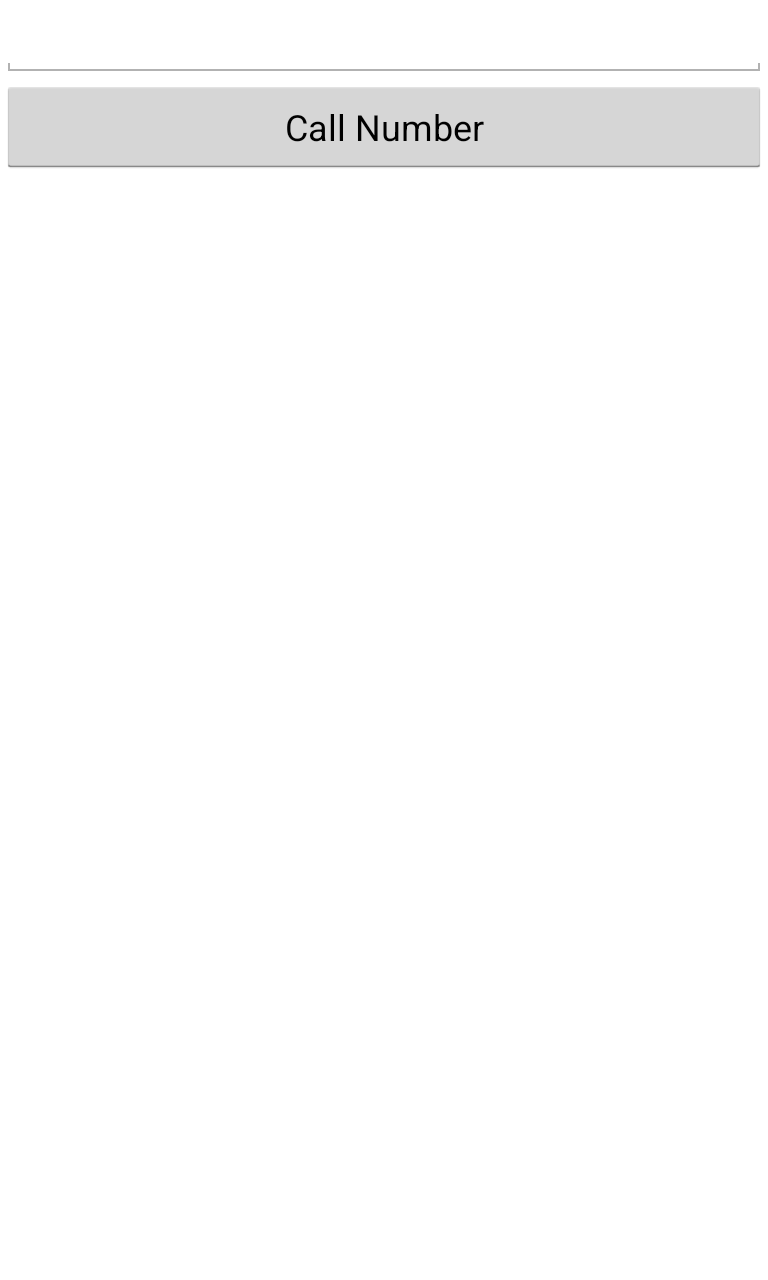
Repository: ya-ivanov/Android-Projects
Layout: Android Projects (OLD)/Simple Caller/SimpleCaller/res/layout/activity_main.xml
An editor plug-in stored every save of this project. The layout is shown before and after the next save, followed by the edit.
It is drawn on a 768 x 1280 px phone screen (xhdpi) without system bars, with theme AppTheme; the app's code is not run. Lists and similar views that code fills are empty.

Above is the layout before, as saved 2013-05-30 17:52:12.

After the next save:
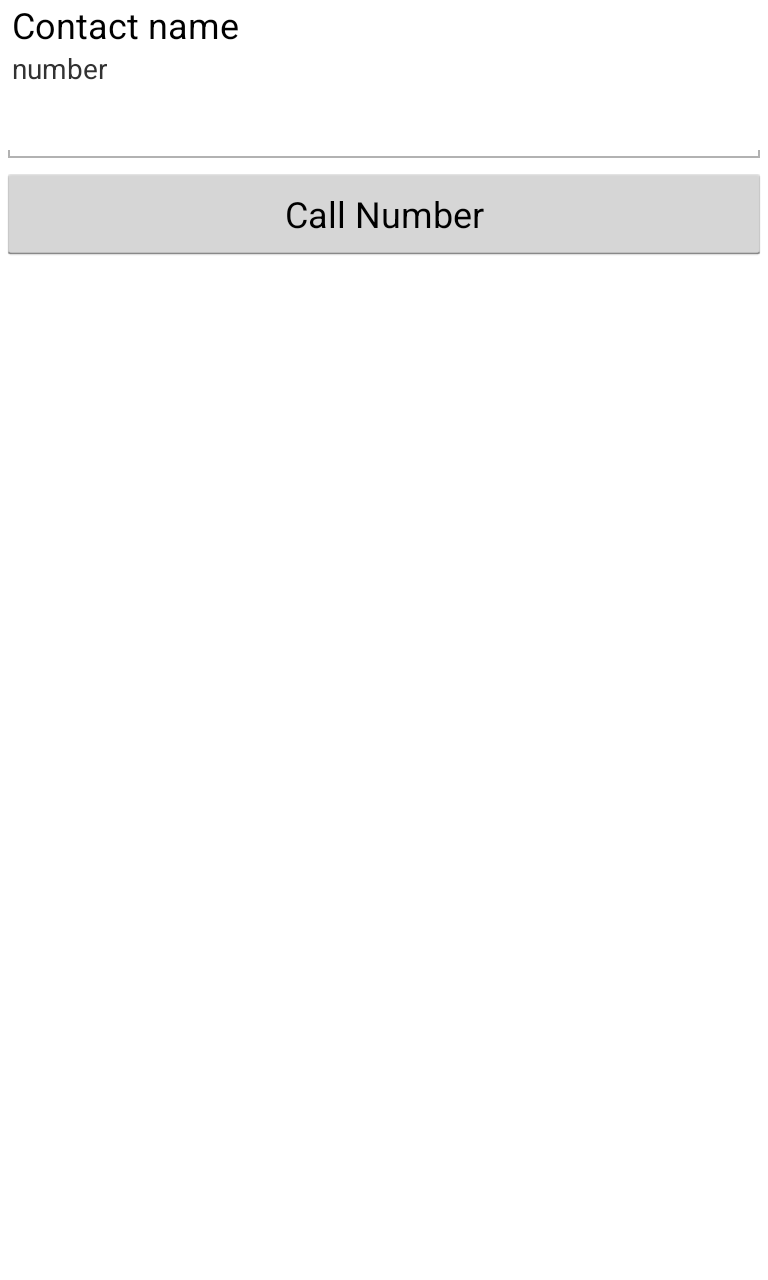
Saved 98 s later.
--- a/Android Projects (OLD)/Simple Caller/SimpleCaller/res/layout/activity_main.xml
+++ b/Android Projects (OLD)/Simple Caller/SimpleCaller/res/layout/activity_main.xml
@@ -3,6 +3,23 @@
     android:layout_width="match_parent"
     android:layout_height="match_parent"
     android:orientation="vertical" >
+
+    <TextView
+    android:id="@+id/contactName"
+    android:layout_width="wrap_content"
+    android:layout_height="wrap_content"
+    android:paddingLeft="6dp"
+    android:text="Contact name"
+    android:textAppearance="?android:attr/textAppearanceMedium" />
+
+<TextView
+    android:id="@+id/contactNumber"
+    android:layout_width="wrap_content"
+    android:layout_height="wrap_content"
+    android:layout_below="@+id/contactName"
+    android:paddingLeft="6dp"
+    android:text="number"
+    android:textAppearance="?android:attr/textAppearanceSmall" />
 
     <EditText
         android:id="@+id/number"

After the save that followed:
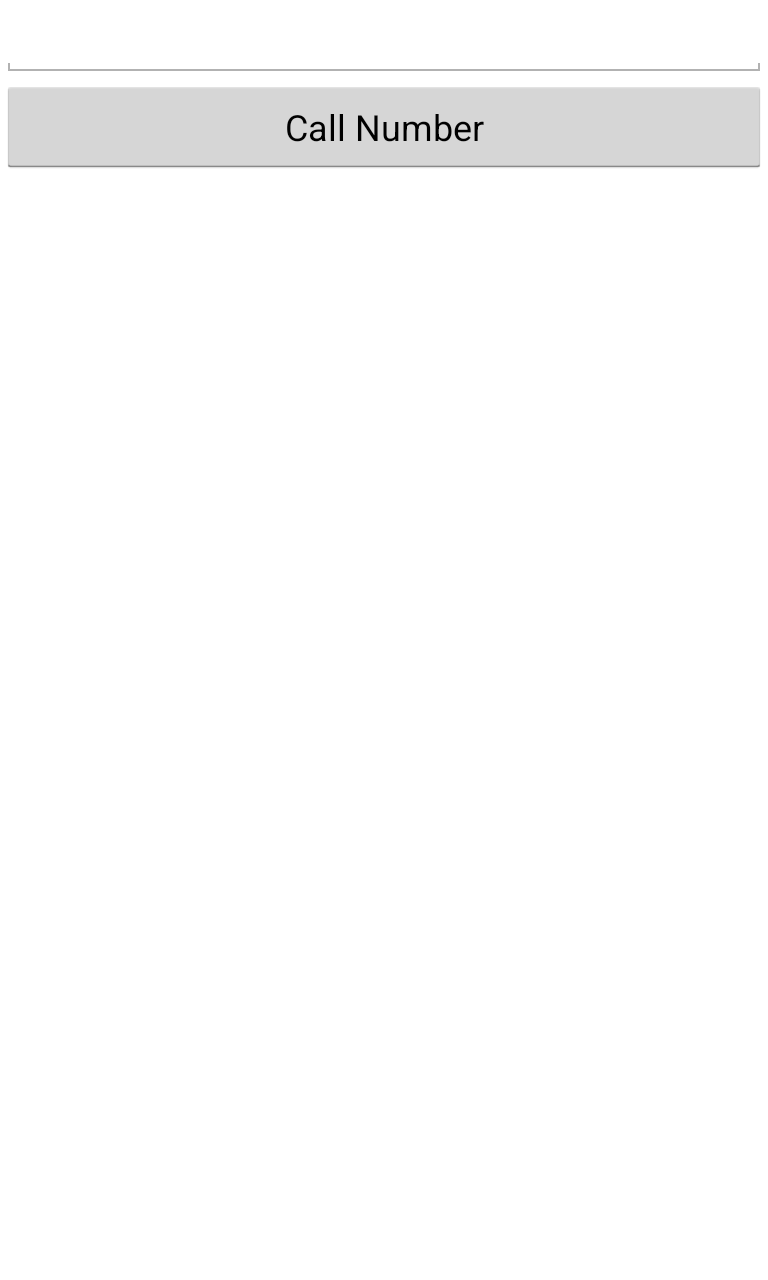
Saved 6 min 54 s later.
--- a/Android Projects (OLD)/Simple Caller/SimpleCaller/res/layout/activity_main.xml
+++ b/Android Projects (OLD)/Simple Caller/SimpleCaller/res/layout/activity_main.xml
@@ -4,22 +4,6 @@
     android:layout_height="match_parent"
     android:orientation="vertical" >
 
-    <TextView
-    android:id="@+id/contactName"
-    android:layout_width="wrap_content"
-    android:layout_height="wrap_content"
-    android:paddingLeft="6dp"
-    android:text="Contact name"
-    android:textAppearance="?android:attr/textAppearanceMedium" />
-
-<TextView
-    android:id="@+id/contactNumber"
-    android:layout_width="wrap_content"
-    android:layout_height="wrap_content"
-    android:layout_below="@+id/contactName"
-    android:paddingLeft="6dp"
-    android:text="number"
-    android:textAppearance="?android:attr/textAppearanceSmall" />
 
     <EditText
         android:id="@+id/number"
